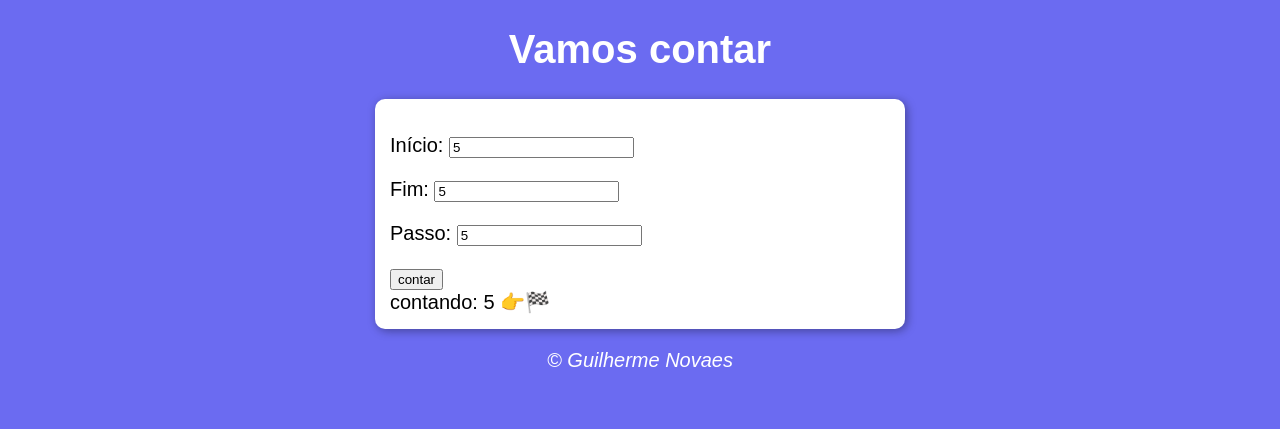
Repository: Guilherme-RNovaes/JavaScript-Curso
Page: Aula 14ex/ex016/index.html
An editor plug-in stored every save of this project. The page is shown before and after a run of saves, followed by the edit.
The browser window is 1280 px wide. The pictures show the whole page.
Empty fields were first filled with sample values (such as "Sample", 5 or name@example.com).
After loading, the first visible `#dados > input` was clicked once.

Above is the page before, as saved 2022-09-07 11:51:33.

After the next 2 saves:
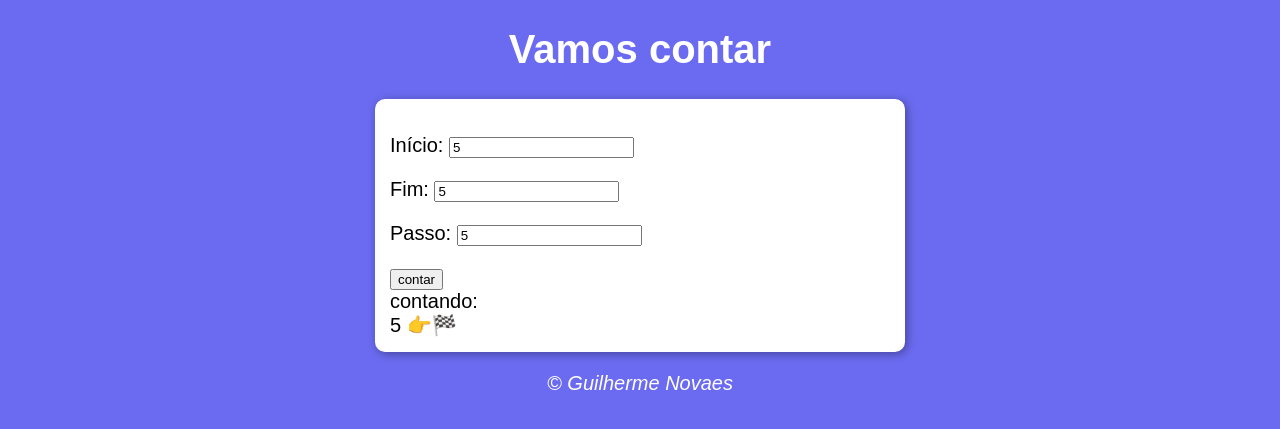
The 2 saves are shown as one change because they came seconds apart.
The last was saved 52 s later.
--- a/Aula 14ex/ex016/script.js
+++ b/Aula 14ex/ex016/script.js
@@ -8,7 +8,7 @@ function contar(){
         res.innerHTML = 'Impossível Contar!'
         window.alert('[ERRO] Faltam dados')
     } else {
-        res.innerHTML = 'contando: '
+        res.innerHTML = 'contando: <br>'
         let i = Number(ini.value)
         let f = Number(fim.value)
         let p = Number(passo.value)
